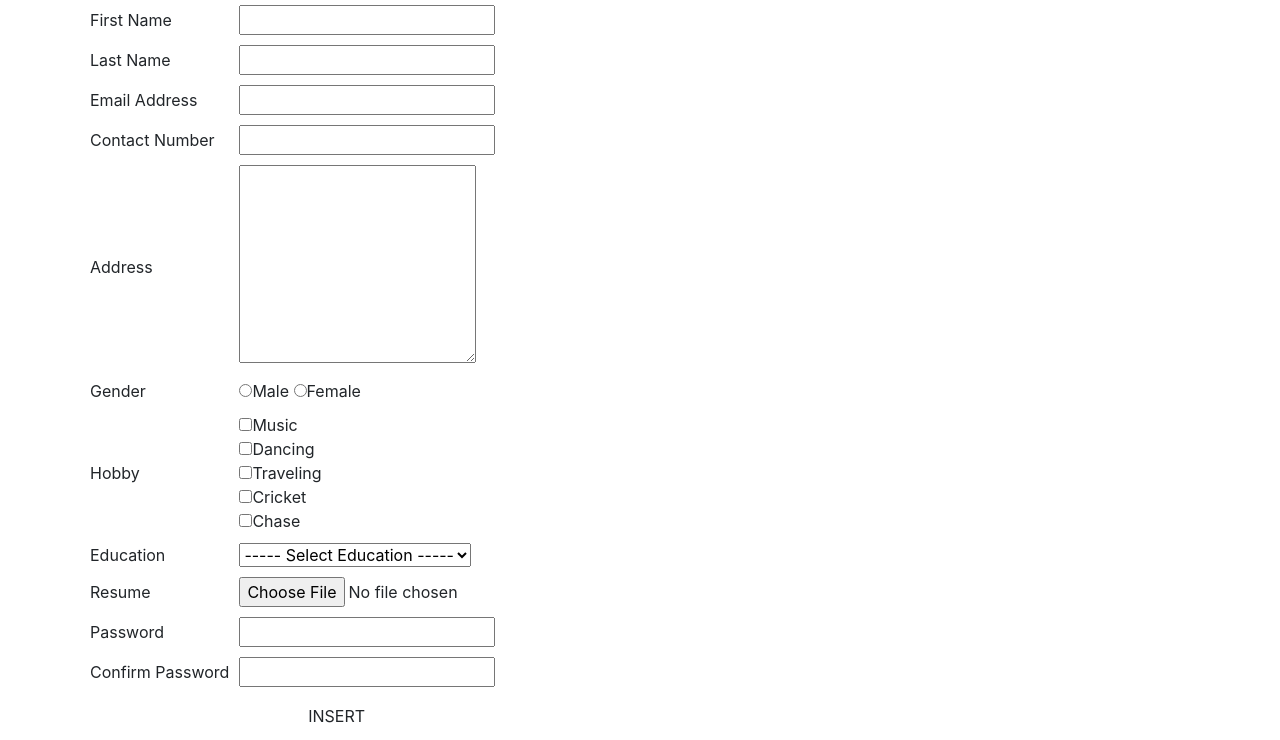
Repository: dhiren1618/OCT-JAVA-2023
Page: http://localhost/AdvancedJava/bootstrap.jsp
The author's editor kept a copy of each file at every save. The page is drawn from the files as they stood at one save, then again after the next save.
The browser window is 1280 px wide. The pictures show the whole page.
The page is served by Tomcat 9. Other server files are loaded and not shown.

Above is the page before, as saved 2024-06-15 10:45:51.

### AdvancedJava/src/main/webapp/bootstrap.jsp
<%@ page language="java" contentType="text/html; charset=UTF-8"
	pageEncoding="UTF-8"%>
<!DOCTYPE html>
<html>
<head>
<meta charset="UTF-8">
<title>Advance Java Tutorial</title>
<link rel="stylesheet" href="https://cdn.jsdelivr.net/npm/bootstrap@4.3.1/dist/css/bootstrap.min.css" integrity="sha384-ggOyR0iXCbMQv3Xipma34MD+dH/1fQ784/j6cY/iJTQUOhcWr7x9JvoRxT2MZw1T" crossorigin="anonymous">
<script src="https://code.jquery.com/jquery-3.3.1.slim.min.js" integrity="sha384-q8i/X+965DzO0rT7abK41JStQIAqVgRVzpbzo5smXKp4YfRvH+8abtTE1Pi6jizo" crossorigin="anonymous"></script>
<script src="https://cdn.jsdelivr.net/npm/popper.js@1.14.7/dist/umd/popper.min.js" integrity="sha384-UO2eT0CpHqdSJQ6hJty5KVphtPhzWj9WO1clHTMGa3JDZwrnQq4sF86dIHNDz0W1" crossorigin="anonymous"></script>
<script src="https://cdn.jsdelivr.net/npm/bootstrap@4.3.1/dist/js/bootstrap.min.js" integrity="sha384-JjSmVgyd0p3pXB1rRibZUAYoIIy6OrQ6VrjIEaFf/nJGzIxFDsf4x0xIM+B07jRM" crossorigin="anonymous"></script>


</head>

<body>

	<div class="container">
	<form action="" method="post" name="insert">

		<table cellspacing="5px" cellpadding="5px">

			<tr>
				<td>First Name</td>
				<td><input id="fname" type="text" name="fname" onblur="validateFirstName();"></td>
				<td><span id="error_fname" style="color: red;"></span></td>
			</tr>

			<tr>
				<td>Last Name</td>
				<td><input type="text" name="lname"></td>
			</tr>

			<tr>
				<td>Email Address</td>
				<td><input type="email" name="email" id="email" onblur="validateEmail();"></td>
				<td><span id="error_email" style="color: red;"></span></td>
			</tr>

			<tr>
				<td>Contact Number</td>
				<td><input type="text" name="contact" id="contact" onblur="validateContact();"></td>
				<td><span id="error_contact" style="color: red;"></span></td>
			</tr>

			<tr>
				<td>Address</td>
				<td><textarea cols="21" rows="8" name="address"></textarea></td>
			</tr>

			<tr>
				<td>Gender</td>
				<td><input type="radio" name="gender" value="male">Male
					<input type="radio" name="gender" value="female">Female</td>
			</tr>

			<tr>
				<td>Hobby</td>
				<td><input type="checkbox" name="hobby" value="music">Music<br>
					<input type="checkbox" name="hobby" value="dancing">Dancing<br>
					<input type="checkbox" name="hobby" value="traveling">Traveling<br>
					<input type="checkbox" name="hobby" value="cricket">Cricket<br>
					<input type="checkbox" name="hobby" value="chess">Chase<br>
				</td>
			</tr>

			<tr>
				<td>Education</td>
				<td><select name="education">
						<option>----- Select Education -----</option>
						<option value="10th">10th</option>
						<option value="12th">12th</option>
						<option value="BCA">BCA</option>
						<option value="MCA">MCA</option>
						<option value="BE">BE</option>
						<option value="ME">ME</option>
						<option value="other">Others</option>
				</select></td>
			</tr>

			<tr>
				<td>Resume</td>
				<td><input type="file" name="resume"></td>
			</tr>

			<tr>
				<td>Password</td>
				<td><input type="password" name="password"></td>
			</tr>

			<tr>
				<td>Confirm Password</td>
				<td><input type="password" name="cpassword"></td>
			</tr>

			<tr>
				<td colspan="2" align="center"><input type="submit"
					value="INSERT" class="btn bt-primary"></td>
			</tr>

		</table>

	</form>
</div>
</body>



</html>

After the next save:
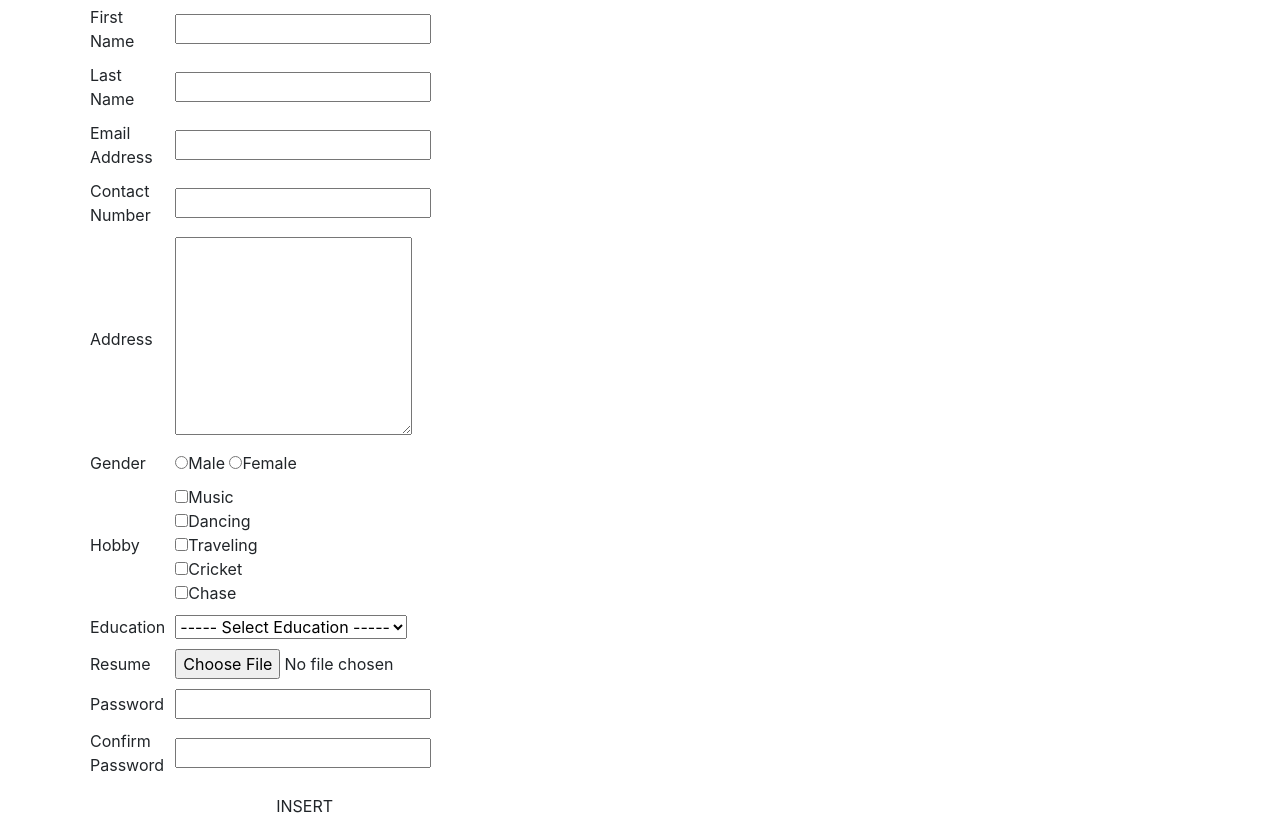
Saved 2 min 25 s later.
--- a/AdvancedJava/src/main/webapp/bootstrap.jsp
+++ b/AdvancedJava/src/main/webapp/bootstrap.jsp
@@ -16,6 +16,8 @@
 <body>
 
 	<div class="container">
+		<div class="row">
+			<div class="col-md-4 col-sm-12">
 	<form action="" method="post" name="insert">
 
 		<table cellspacing="5px" cellpadding="5px">
@@ -101,6 +103,8 @@
 		</table>
 
 	</form>
+	</div>
+		</div>
 </div>
 </body>
 

After the save that followed:
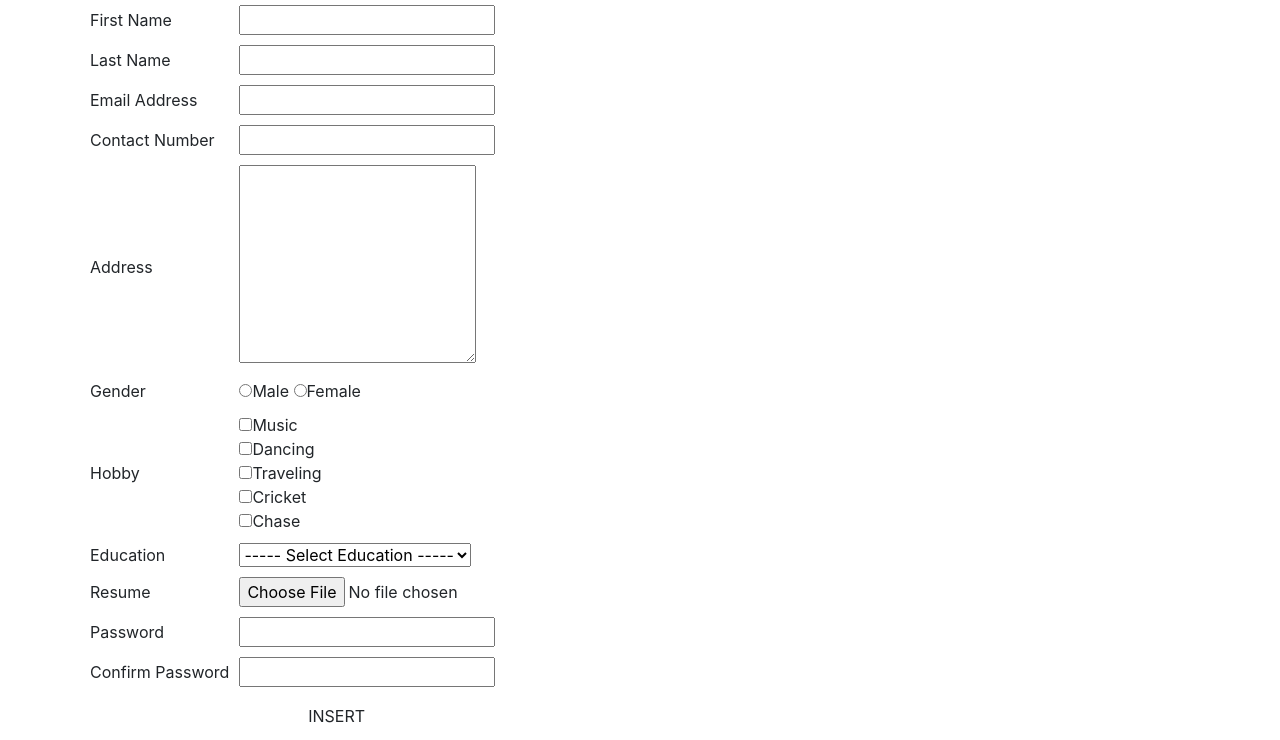
Saved 14 s later.
--- a/AdvancedJava/src/main/webapp/bootstrap.jsp
+++ b/AdvancedJava/src/main/webapp/bootstrap.jsp
@@ -17,7 +17,7 @@
 
 	<div class="container">
 		<div class="row">
-			<div class="col-md-4 col-sm-12">
+			<div class="col-md-6 col-sm-12">
 	<form action="" method="post" name="insert">
 
 		<table cellspacing="5px" cellpadding="5px">
